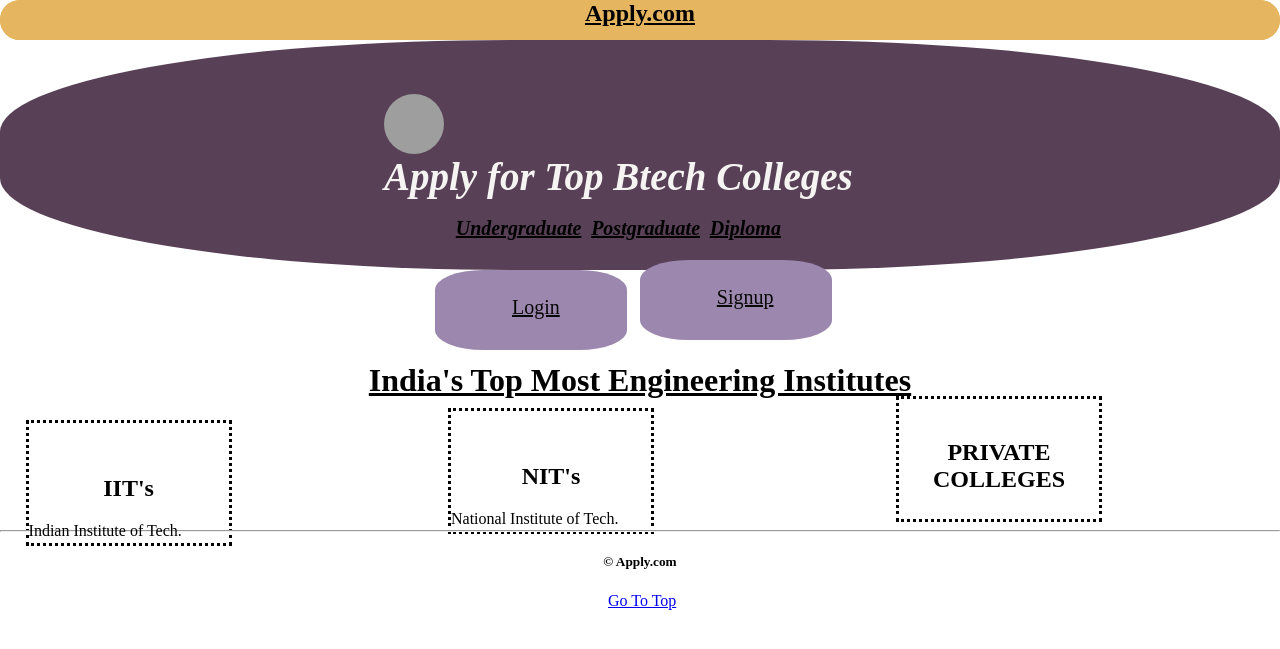
Repository: dashmeenkalra/dashmeen_kalra
Page: css/btech.html
The author's editor kept a copy of each file at every save. The page is drawn from the files as they stood at one save, then again after a run of saves.
The browser window is 1280 px wide. The pictures show the whole page.
Pictures or frames that could not be fetched are drawn as grey boxes.

Above is the page before, as saved 2023-03-07 10:08:53.

### css/btech.html
<html>
    <head>
        <link href="btech.css" rel="stylesheet"/>
        <title>
            Welcome to apply.com
        </title>
    </head>
    <body>
        <header>
            <header id="header">
            <h2>Apply.com</h2>
        </header>
        <div id="app">
            <div class="wri">
                <div id="ball">

                </div>
                Apply for Top Btech Colleges</br>
                <a href="" class="id">Undergraduate</a>
                <a href="" class="id">Postgraduate</a>
                <a href="" class="id">Diploma</a>
            </div>
        </div>
        <div class="log">
            <a href="" class="id1"> Login</a>
        </div>
        <div class="log1">
            <a href="" class="id1">Signup</a>
        </div>
        <h1>India's Top Most Engineering Institutes</h1>
        <div id="type">
        <h2>IIT's</h2>Indian Institute of Tech.
        </div>
        <div id="type1">
            <h2>NIT's</h2>National Institute of Tech.
        </div>
        <div id="type2">
            <h2>PRIVATE COLLEGES</h2>
        </div>
        <hr/>

        <h5> &copy; Apply.com</h5>
        <a href="#header" id="at" >Go To Top</a>
    </body>
</html>

### css/btech.css
body{
    margin:0px;
}
header{
    background-color: rgb(229, 182, 95);
    height: 40px;
    border-radius:20px;
}
header > h2{
    text-align: center;
    text-decoration:underline;
}
#app{
    background-color: rgb(88, 64, 87);
    height:230px;
    width:100%;
    border-radius:40%;
}
#ball{
    height: 60px;
    width: 60px;
    border-radius: 50%;
    background-color: aliceblue;
    margin-top: -13%;
    background-image: url('https://th.bing.com/th/id/OIP.LoeVs1S4Xra84vvvtkj3PQHaLG?pid=ImgDet&rs=1');
    background-size: 45px;
}
.wri{
    text-align: center;
    margin-left: 30%;
    font-weight: bolder;
    font-style: oblique;
    font-size: 39px;
    margin-top: 9%;
    position: absolute;
    color: rgb(246, 243, 243);

}
.id{
    font-size: 20px;
    color: black;
}
.log{
    background-color: rgb(156, 136, 174);
    height:80px;
    width:15%;
    margin-left:34%;
    border-radius:25%;
}
.id1{
    font-size: 20px;
    color: rgb(9, 8, 8);
    margin-left:6%;
    margin-top:2%;
    position: absolute;
}
.log1{
    background-color: rgb(156, 136, 174);
    height:80px;
    width:15%;
    margin-left:50%;
    border-radius:25%;
    margin-top: -7.01%;
}
h1{
    text-align: center;
    text-decoration: underline;
}
#type{
    border: dotted;
    height:120px;
    width: 200px;
    margin-left:2%;
}
#type > h2{
  text-align: center;
  margin-top: 26%;
}
#type1{
    border: dotted;
    height:120px;
    width: 200px;
    margin-left:35%;
    margin-top:-10.8%;
}
#type1 > h2{
    text-align: center;
    margin-top: 26%;
}
#type2{
    border: dotted;
    height:120px;
    width: 200px;
    margin-left:70%;
    margin-top:-10.8%;
}
#type2 > h2{
    text-align: center;
    margin-top: 20%;
}
h5{
    text-align: center;
}
#at{
    text-align: center;
    margin-left: 47.5%;
}

After the next 2 saves:
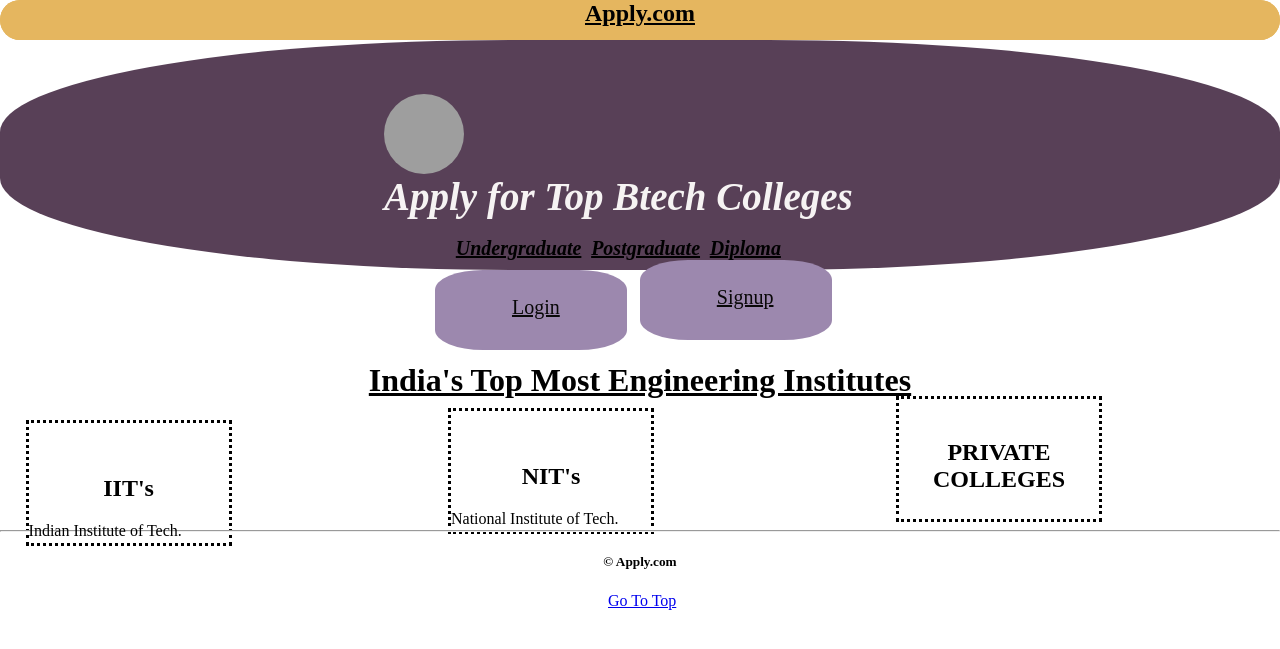
The 2 saves are shown as one change because they came seconds apart.
The last was saved 16 s later.
--- a/css/btech.css
+++ b/css/btech.css
@@ -17,8 +17,8 @@ header > h2{
     border-radius:40%;
 }
 #ball{
-    height: 60px;
-    width: 60px;
+    height: 80px;
+    width: 80px;
     border-radius: 50%;
     background-color: aliceblue;
     margin-top: -13%;
